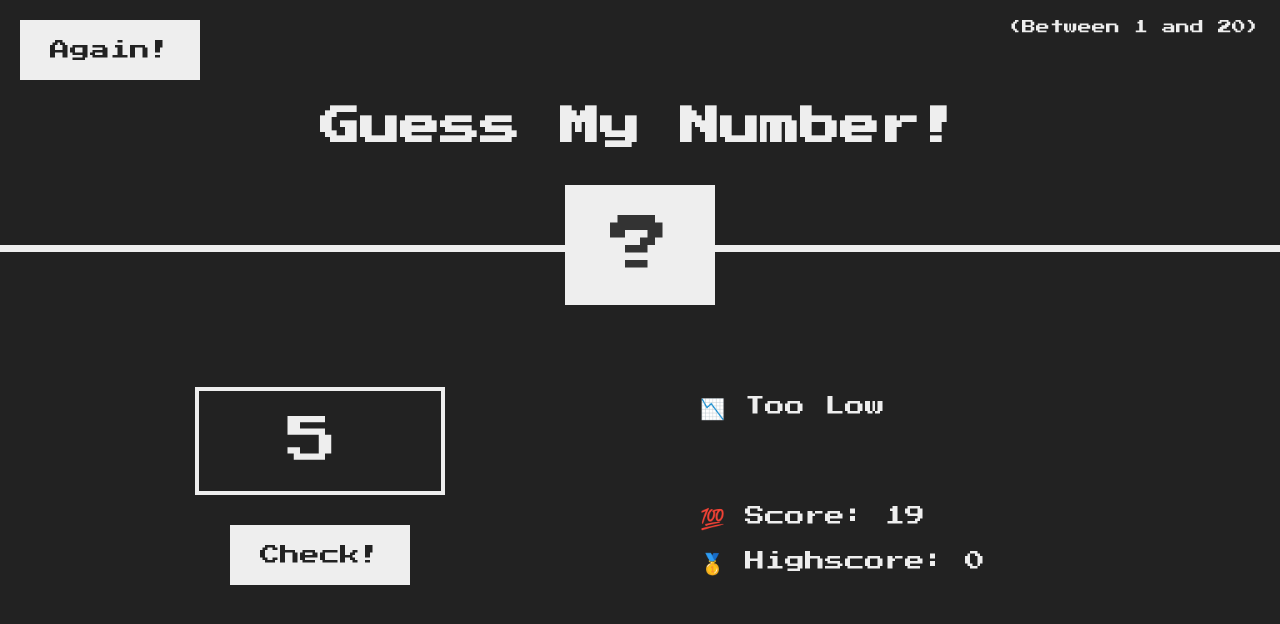
Repository: zeinawady/Jonas-Js-Course-Projects
Page: Guess Game/index.html
These files come from the project's save history. The page is drawn as it stood at one moment and after the next save; the edit follows.
The browser window is 1280 px wide. The pictures show the whole page.
Empty fields were first filled with sample values (such as "Sample", 5 or name@example.com).
After loading, the first visible `button.check` was clicked once.

Above is the page before, as saved 2024-11-22 03:15:16.

### Guess Game/index.html
<!DOCTYPE html>
<html lang="en">
  <head>
    <meta charset="UTF-8" />
    <meta name="viewport" content="width=device-width, initial-scale=1.0" />
    <link rel="stylesheet" href="style.css" />
    <title>Guess My Number!</title>
  </head>
  <body>
    <header>
      <h1>Guess My Number!</h1>
      <p class="between">(Between 1 and 20)</p>
      <button class="btn again">Again!</button>
      <div class="number">?</div>
    </header>
    <main>
      <section class="left">
        <input type="number" class="guess" />
        <button class="btn check">Check!</button>
      </section>
      <section class="right">
        <p class="message">Start guessing...</p>
        <p class="label-score">💯 Score: <span class="score">20</span></p>
        <p class="label-highscore">
          🥇 Highscore: <span class="highscore">0</span>
        </p>
      </section>
    </main>
    <script src="script.js"></script>
  </body>
</html>

### Guess Game/style.css
@import url('https://fonts.googleapis.com/css?family=Press+Start+2P&display=swap');

* {
  margin: 0;
  padding: 0;
  box-sizing: inherit;
}

html {
  font-size: 62.5%;
  box-sizing: border-box;
}

body {
  font-family: 'Press Start 2P', sans-serif;
  color: #eee;
  background-color: #222;
  /* background-color: #60b347; */
}

/* LAYOUT */
header {
  position: relative;
  height: 35vh;
  border-bottom: 7px solid #eee;
}

main {
  height: 65vh;
  color: #eee;
  display: flex;
  align-items: center;
  justify-content: space-around;
}

.left {
  width: 52rem;
  display: flex;
  flex-direction: column;
  align-items: center;
}

.right {
  width: 52rem;
  font-size: 2rem;
}

/* ELEMENTS STYLE */
h1 {
  font-size: 4rem;
  text-align: center;
  position: absolute;
  width: 100%;
  top: 52%;
  left: 50%;
  transform: translate(-50%, -50%);
}

.number {
  background: #eee;
  color: #333;
  font-size: 6rem;
  width: 15rem;
  padding: 3rem 0rem;
  text-align: center;
  position: absolute;
  bottom: 0;
  left: 50%;
  transform: translate(-50%, 50%);
}

.between {
  font-size: 1.4rem;
  position: absolute;
  top: 2rem;
  right: 2rem;
}

.again {
  position: absolute;
  top: 2rem;
  left: 2rem;
}

.guess {
  background: none;
  border: 4px solid #eee;
  font-family: inherit;
  color: inherit;
  font-size: 5rem;
  padding: 2.5rem;
  width: 25rem;
  text-align: center;
  display: block;
  margin-bottom: 3rem;
}

.btn {
  border: none;
  background-color: #eee;
  color: #222;
  font-size: 2rem;
  font-family: inherit;
  padding: 2rem 3rem;
  cursor: pointer;
}

.btn:hover {
  background-color: #ccc;
}

.message {
  margin-bottom: 8rem;
  height: 3rem;
}

.label-score {
  margin-bottom: 2rem;
}

### Guess Game/script.js
'use strict';
let message=document.querySelector('.message');
let numberBox=document.querySelector('.number');
let scoreBox=document.querySelector('.score');
let body=document.querySelector('body');
let againBtn=document.querySelector('.again');
let checkBtn=document.querySelector('.check');
let guessBox=document.querySelector('.guess');
let highscoreBox=document.querySelector('.highscore');
let randSecretNum=Math.ceil(Math.random() * 20);

//score initialy = 20
let score=20;
scoreBox.textContent=score;


checkBtn.addEventListener('click',function(){
    let guess=Number(guessBox.value);
    console.log(guess);

    //no number
    if(!guess){
        message.textContent='⛔ No Number!';
    }
    //win
    else if(guess===randSecretNum){
     message.textContent='🥳 Correct Number!';
    //  score++;
    //  scoreBox.textContent=score;
     numberBox.textContent=randSecretNum;
     body.style.backgroundColor='#60b347';
     numberBox.style.width='30rem';

     if(Number(highscoreBox.textContent)<score){

        highscoreBox.textContent=score;
     }
    }
    //wrong -> high
    else if(guess> randSecretNum){
        if(score>1){
            message.textContent='📈 Too High!';
            score--;
            scoreBox.textContent=score;
        }
        else{
            score=0;
            message.textContent='You lost the game!'
            scoreBox.textContent=score;
        }

    }
    //wrong -> low
    else{
        if(score>1){
            message.textContent='📉 Too Low'
            score--;
            scoreBox.textContent=score;
        }
        else{
            score=0;
            message.textContent='You lost the game!'
            scoreBox.textContent=score;
        }

    }
});

againBtn.addEventListener('click', function(){
    score=20;
    scoreBox.textContent=score;
    randSecretNum=Math.ceil(Math.random() * 20) + 1;
    message.textContent='Start guessing...';
    guessBox.value=null;
    body.style.backgroundColor='#222';
    numberBox.textContent='?';
    numberBox.style.width='15rem';
})

After the next save:
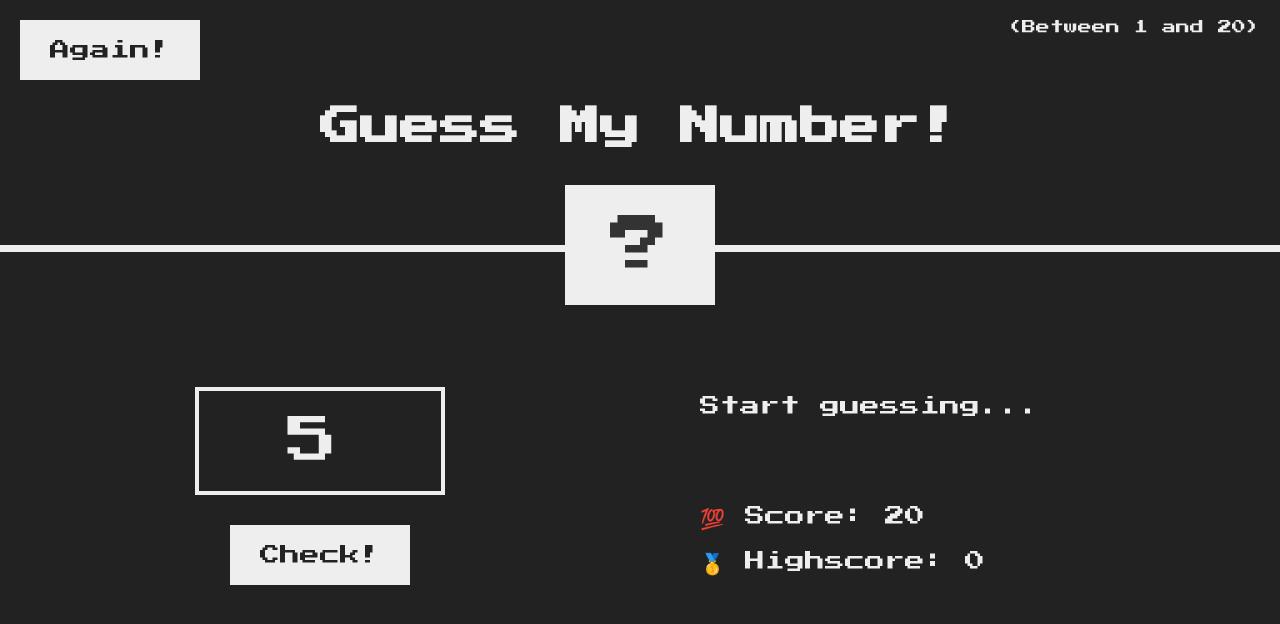
Saved 12 s later.
--- a/Guess Game/script.js
+++ b/Guess Game/script.js
@@ -37,33 +37,7 @@ checkBtn.addEventListener('click',function(){
      }
     }
     //wrong -> high
-    else if(guess> randSecretNum){
-        if(score>1){
-            message.textContent='📈 Too High!';
-            score--;
-            scoreBox.textContent=score;
-        }
-        else{
-            score=0;
-            message.textContent='You lost the game!'
-            scoreBox.textContent=score;
-        }
 
-    }
-    //wrong -> low
-    else{
-        if(score>1){
-            message.textContent='📉 Too Low'
-            score--;
-            scoreBox.textContent=score;
-        }
-        else{
-            score=0;
-            message.textContent='You lost the game!'
-            scoreBox.textContent=score;
-        }
-
-    }
 });
 
 againBtn.addEventListener('click', function(){
